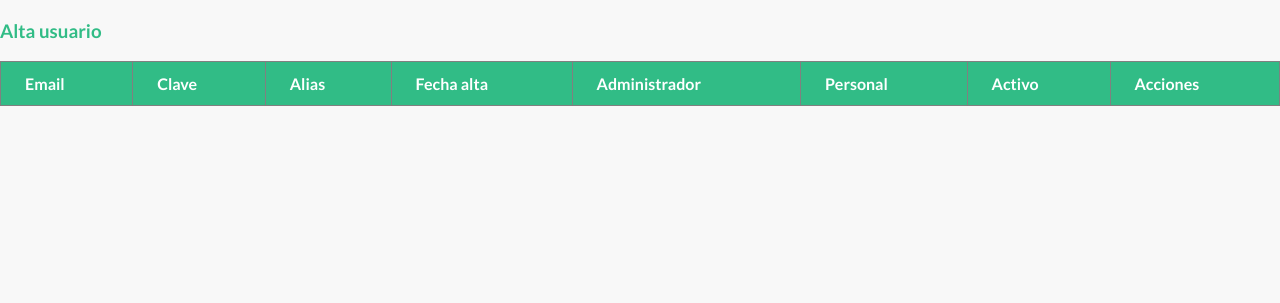
Repository: Mariangeles94/practica_gestion_usuarios
Page: http://localhost/Gestion/administrador/index.php
The author's editor kept a record of every edit. The page is drawn from the files as they stood at one moment, then again after the next edit.
The browser window is 1280 px wide. The pictures show the whole page.
The page is run by PHP 8.4 with error messages shown; the project is at /var/www/html/. Queries for data that is not in the repository find no rows.

Above is the page before.

### administrador/index.php
<?php
require '../clases/AutoCarga.php';
$bd = new DataBase();
$gestor = new ManageUser($bd);
$usuarios = $gestor->getList2();

?>
<!DOCTYPE html>
<html>
    <head>
        <meta charset="UTF-8">
        <title></title>
        <link rel="stylesheet" type="text/css" href="../css/normalize.css" />
		<link rel="stylesheet" type="text/css" href="../css/demo.css" />
		<link rel="stylesheet" type="text/css" href="../css/component.css" />
    </head>
    <body>
        <h2></h2>
        <h3><a class="enlaceInsertar" href="viewinsert.php">Alta usuario</a></h3>
        <table border="1">
            <thead>
                <tr>
                    <th>Email</th>
                    <th>Clave</th>
                    <th>Alias</th>
                    <th>Fecha alta</th>
                    <th>Administrador</th>
                    <th>Personal</th>
                    <th>Activo</th>
                    <th colspan="2">Acciones</th>
                </tr>
            </thead>
            <tbody>
                <?php foreach ($usuarios as $key => $usuario) { ?>
                    <tr>
                        <td><?= $usuario->getEmail(); ?></td>
                        <td><?= $usuario->getClave(); ?></td>
                        <td><?= $usuario->getAlias() ?></td>
                        <td><?= $usuario->getFechaAlta(); ?></td>
                        <td><?= $usuario->getAdministrador() ?></td>
                        <td><?= $usuario->getPersonal() ?></td>
                        <td><?= $usuario->getActivo() ?></td>
                        <td>
                            <a class='borrar' href='phpdelete.php?email=<?= $usuario->getEmail() ?>'> Borrar</a>
                            <a href='viewedit.php?email=<?= $usuario->getEmail() ?>'> Editar</a>
                        </td>
                    </tr>
                <?php } ?>
            </tbody>
        </table>
    </body>
    <script src="../js/scripts.js"></script>
</html>
<?php
$bd->close();

### clases/AutoCarga.php
<?php

class AutoCarga {
    static function cargar($clase){
        $clase = str_replace("\\", "/", $clase);
        $archivo = "../clases/" .$clase . ".php";
         if (file_exists($archivo)) {
              require $archivo;
         }else{
             $archivo = "clases/" .$clase . ".php";
             require $archivo;
         }
   }
}
spl_autoload_register('AutoCarga::cargar'); // Tiene que estar fuera de la clase

### clases/DataBase.php
<?php

class DataBase {

    private $conexion, $consulta;

    function __construct() {
        try {
            $this->conexion = new PDO(
                    'mysql:host=' . Constant::SERVER . ';' .
                    'dbname=' . Constant::DATABASE, Constant::DBUSER, Constant::DBPASSWORD, array(
                PDO::ATTR_PERSISTENT => true,
                PDO::MYSQL_ATTR_INIT_COMMAND => 'set names utf8')
            );
        } catch (PDOException $e) {
            var_dump($e);
            exit();
            //Esta parte hay que completarla
        }
    }

    function close() {
        $this->conexion = null;
    }

    function getCount() {
        return $this->consulta->rowCount();
    }

    function getId() {
        return $this->conexion->lastInsertId();
    }

    function getErrorConection() {
        return $this->conexion->errorInfo();
    }

    function getError() {
        return $this->consulta->errorInfo();
    }

    function send($sql, $parametros = array()) {
        $this->consulta = $this->conexion->prepare($sql);
        foreach ($parametros as $nombreParametro => $valorParametro) {
            $this->consulta->bindValue($nombreParametro, $valorParametro);
        }
      //var_dump($parametros);
      //echo "sql:" .$sql;
        return $this->consulta->execute();
    }

    function getRow() {
        $r = $this->consulta->fetch();
        if ($r === null) {
            $this->consulta->closeCursor();
        }
        return $r;
    }
    function count($tabla, $condicion="1 = 1", $parametros = array()){
        $sql="select count(*) from $tabla where $condicion";
        $this->send($sql, $parametros);
        $fila = $this->getRow();
        return $fila[0];
    }

    function erase($tabla, $condicion, $parametros = array()) {
        //delete from TABLA where CONDICION
        $sql = "delete from $tabla where $condicion";
        if ($this->send($sql, $parametros)) {
            return $this->getCount();
        }
        return false;
    }

     function delete($tabla, $parametros = array()) {
        //delete from TABLA where CONDICION
        $camposWhere = "";
        foreach ($parametros as $nombreParametro => $valorParametro) {
            $camposWhere .= $nombreParametro . " = :" . $nombreParametro . " and ";
        }
        //$camposWhere .= "1=1";
        $camposWhere = substr($camposWhere, 0, -4);
        $sql = "delete from $tabla where $camposWhere";
        if ($this->send($sql, $parametros)) {
            return $this->getCount();
        }
        return false;
    }

    function insert($tabla, $parametros = array(), $auto = true) {
        //insert into TABLA values (VALORES);
        //insert into TABLA (CAMPOS) values (VALORES);
        //insert into TABLA (c1, c2) values (:c1, :c2);
        //si la tabla tiene un campo autonumerico devuelvo el id
        //si no devuelvo el numero de filas insertadas(1)
        //si error devuelvo false
        $campos = "";
        $valores = "";
        foreach ($parametros as $nombreParametro => $valorParametro) {
            $campos .= $nombreParametro . ",";
            $valores .= ":" . $nombreParametro . ",";
        }
        $campos = substr($campos, 0, -1);
        $valores = substr($valores, 0, -1);
        $sql = "insert into $tabla ($campos) values ($valores)";
        if ($this->send($sql, $parametros)) {
            if ($auto) {
                return $this->getId();
            }
            return $this->getCount();
        }
        return false;
    }

    function update($tabla, $parametrosSet = array(), $parametrosWhere = array()) {
        //update TABLA set VALORES where CONDICION
        //update TABLA set c1=:c1, c2=:c2 where c1=:_c1 and c3=:_c3
        $camposSet = "";
        $camposWhere = "";
        $parametros = array();
        foreach ($parametrosSet as $nombreParametro => $valorParametro) {
            $camposSet .= $nombreParametro . " = :" . $nombreParametro . ",";
            $parametros[$nombreParametro] = $valorParametro;
        }
        $camposSet = substr($camposSet, 0, -1);

        foreach ($parametrosWhere as $nombreParametro => $valorParametro) {
            $camposWhere .= $nombreParametro . " = :_" . $nombreParametro . " and ";
            $parametros["_" . $nombreParametro] = $valorParametro;
        }
        //$camposWhere .= "1=1";
        $camposWhere = substr($camposWhere, 0, -4);
        $sql = "update $tabla set $camposSet where $camposWhere";
        if ($this->send($sql, $parametros)) {
            return $this->getCount();
        }
        return -1;
    }

    function query($tabla, $proyeccion = "*", $parametros = array(), $orden = "1", $limite = "") {
        //select CAMPOS from TABLA where CONDICION order by ORDEN LIMIT
        //select c1,c2 from TABLA where c3=:c3 and c4 = :c4 order by c2 desc,c1 limit 8,15
        $campos = "";
        foreach ($parametros as $nombreParametro => $valorParametro) {
            $campos .= $nombreParametro . " = :" . $nombreParametro . " and ";
        }
        $campos .= "1=1";
        //$campos = substr($campos, 0, -4);
        $limit = "";
        if($limite!==""){
            $limit = "limit $limite";
        }
        $sql = "select $proyeccion from $tabla where $campos order by $orden $limit";
        return $this->send($sql, $parametros);
    }

    function select($tabla, $proyeccion = "*", $condicion = "1 = 1",
        $parametros = array(), $orden="1", $limite=""){
        $limit = "";
        if($limite!==""){
            $limit = "limit $limite";
        }
        $sql = "select $proyeccion from $tabla "
                . "where $condicion order by $orden $limit";
        return $this->send($sql, $parametros);
    }

}

### clases/Constant.php
<?php

class Constant {
    const DATABASE = "gestion";
    const SERVER = "localhost";
    const DBUSER = "mariangeles94";
    const DBPASSWORD = "";
    const NRPP = 10;
    const SEMILLA="45856";
}

### clases/ManageUser.php
<?php

class ManageUser {
    private $bd = null;
    private $tabla = "usuario";

    function __construct(DataBase $bd) {
        $this->bd = $bd;
    }

    function get($email) {
        //devuelve un objeto de la clase
        $parametros = array();
        $parametros['email'] = $email;
        $this->bd->select($this->tabla, "*", "email=:email", $parametros);
        $fila = $this->bd->getRow();
        $user = new User();
        $user->set($fila);
        return $user;
    }

    function count($condicion = "1 = 1", $parametros = array()) {
        return $this->bd->count($this->tabla, $condicion, $parametros);
    }

    function delete($email) {
        $parametros = array();
        $parametros['email'] = $email;
        return $this->bd->delete($this->tabla, $parametros);
    }

    function deleteCities($parametros) {
        return $this->bd->delete($this->tabla, $parametros);
    }

    function erase(User $user) {
        return $this->delete($user->getEmail());
    }

   function set(User $user, $pkemail){
        //Update de todos los campos menos el id, el id se usara como el where para el update numero de filas modificadas
        $parametros =$user->getArray();
        $parametrosWhere = array();
        $parametrosWhere["email"]=$pkemail;
        return $this->bd->update($this->tabla, $parametros, $parametrosWhere);
    }
   function setActivo($email,$activo){
        //Update de todos los campos menos el id, el id se usara como el where para el update numero de filas modificadas
        $parametrosSet = array();
        $parametrosSet['activo'] = $activo;

        $parametrosWhere = array();
        $parametrosWhere["email"]=$email;
        return $this->bd->update($this->tabla, $parametrosSet, $parametrosWhere);
    }
     function setClave($email,$clave){
        //Update de todos los campos menos el id, el id se usara como el where para el update numero de filas modificadas
        $parametrosSet = array();
        $parametrosSet['clave'] = $clave;

        $parametrosWhere = array();
        $parametrosWhere["email"]=$email;
        return $this->bd->update($this->tabla, $parametrosSet, $parametrosWhere);
    }

    function insert(User $user) {
        $parametrosSet = array();
        $parametrosSet['email'] = $user->getEmail();
        $parametrosSet['clave'] = $user->getClave();
        $parametrosSet['alias'] = $user->getAlias();
        $parametrosSet['fechaAlta'] = $user->getFechaAlta();
        $parametrosSet['activo'] = $user->getActivo();
        $parametrosSet['administrador'] = $user->getAdministrador();
        $parametrosSet['personal'] = $user->getPersonal();
        return $this->bd->insert($this->tabla, $parametrosSet);
    }

    function getList($pagina = 1, $order = "", $nrpp = Constant::NRPP, $condicion = "1=1", $parametros = array()) {

        $resgistroInicial = ($pagina - 1) * $nrpp;
        $this->bd->select($this->tabla, "*", $condicion, $parametros, $ordenPredeterminado, "$resgistroInicial, $nrpp"); /* limite va desde 1 y saca 10 registros */
        $r = array();
        while ($fila = $this->bd->getRow()) {
            $user = new User();
            $user->set($fila);
            $r[] = $user;
        }
        return $r;
    }
     function getList2($pagina = 1, $nrpp = Constant::NRPP) {
        $resgistroInicial = ($pagina - 1) * $nrpp;
        $this->bd->select($this->tabla, "*", "1=1", array(), "email", "$resgistroInicial, $nrpp"); /* limite va desde 1 y saca 10 registros */
        $r = array();
        while ($fila = $this->bd->getRow()) {
            $user = new User();
            $user->set($fila);
            $r[] = $user;
        }
        return $r;
    }

    function getValuesSelectTodos() {
        $this->bd->query($this->tabla, "*", array());
        $array = array();
        while ($fila = $this->bd->getRow()) {
            $user = new User();
            $user->set($fila);
            $array = $user;
           // $array[$fila[0]] = $fila[1];
        }
        return $array;
    }
    function getValuesSelectUsario() {
        $this->bd->query($this->tabla, "email, clave, alias", array(), "email");
        $array = array();
        while ($fila = $this->bd->getRow()) {
            $array[$fila[0]] = $fila[1];
        }
        return $array;
    }
    function getValuesSelectPersonal() {
        $this->bd->query($this->tabla, "clave, alias, fechaAlta", array(), "fechaAlta");
        $array = array();
        while ($fila = $this->bd->getRow()) {
            $array[$fila[0]] = $fila[1];
        }
        return $array;
    }
}

### css/demo.css
@import url(http://fonts.googleapis.com/css?family=Lato:300,400,700);
@font-face {
	font-family: 'codropsicons';
	src:url('../fonts/codropsicons/codropsicons.eot');
	src:url('../fonts/codropsicons/codropsicons.eot?#iefix') format('embedded-opentype'),
		url('../fonts/codropsicons/codropsicons.woff') format('woff'),
		url('../fonts/codropsicons/codropsicons.ttf') format('truetype'),
		url('../fonts/codropsicons/codropsicons.svg#codropsicons') format('svg');
	font-weight: normal;
	font-style: normal;
}

*, *:after, *:before { -webkit-box-sizing: border-box; -moz-box-sizing: border-box; box-sizing: border-box; }
header nav{
    width: 100%;
    background-color: black;
    height: 50px;
    margin-bottom:10%;
    text-align: center;
    padding-top: 2%;
}
header nav a{
    text-decoration: none;
    color: white;
    width: 10%;
    padding: 10%;
    margin-top: 5%;
    font-size: 1.25em;
}
body {
	font-family: 'Lato', Arial, sans-serif;
	color: #7c8d87;
	background: #f8f8f8;
}

a {
	color: #31bc86;
	text-decoration: none;
}

a:hover, a:focus {
	color: #7c8d87;
}

.container > header {
	margin: 0 auto;
	padding: 2em;
	text-align: center;
	background: rgba(0,0,0,0.01);
}

.container > header h1 {
	font-size: 2.625em;
	line-height: 1.3;
	margin: 0;
	font-weight: 300;
}

.container > header span {
	display: block;
	font-size: 60%;
	opacity: 0.7;
	padding: 0 0 0.6em 0.1em;
}

/* To Navigation Style */
.codrops-top {
	background: #fff;
	background: rgba(255, 255, 255, 0.6);
	text-transform: uppercase;
	width: 100%;
	font-size: 0.69em;
	line-height: 2.2;
}

.codrops-top a {
	text-decoration: none;
	padding: 0 1em;
	letter-spacing: 0.1em;
	display: inline-block;
}

.codrops-top a:hover {
	background: rgba(255,255,255,0.95);
}

.codrops-top span.right {
	float: right;
}

.codrops-top span.right a {
	float: left;
	display: block;
}

.codrops-icon:before {
	font-family: 'codropsicons';
	margin: 0 4px;
	speak: none;
	font-style: normal;
	font-weight: normal;
	font-variant: normal;
	text-transform: none;
	line-height: 1;
	-webkit-font-smoothing: antialiased;
}

.codrops-icon-drop:before {
	content: "\e001";
}

.codrops-icon-prev:before {
	content: "\e004";
}

/* Demo Buttons Style */
.codrops-demos {
	padding-top: 1em;
	font-size: 0.8em;
}

.codrops-demos a {
	display: inline-block;
	margin: 0.5em;
	padding: 0.7em 1.1em;
	outline: none;
	border: 2px solid #31bc86;
	text-decoration: none;
	text-transform: uppercase;
	letter-spacing: 1px;
	font-weight: 700;
}

.codrops-demos a:hover,
.codrops-demos a.current-demo,
.codrops-demos a.current-demo:hover {
	border-color: #7c8d87;
	color: #7c8d87;
}

.related {
	text-align: center;
	font-size: 1.5em;
	padding-bottom: 3em;
}

@media screen and (max-width: 25em) {

	.codrops-icon span {
		display: none;
	}

}

### css/component.css
/* Component styles */
@font-face {
	font-family: 'Blokk';
	src: url('../fonts/blokk/BLOKKRegular.eot');
	src: url('../fonts/blokk/BLOKKRegular.eot?#iefix') format('embedded-opentype'),
		 url('../fonts/blokk/BLOKKRegular.woff') format('woff'),
		 url('../fonts/blokk/BLOKKRegular.svg#BLOKKRegular') format('svg');
	font-weight: normal;
	font-style: normal;
}
.component {
	line-height: 1.5em;
	margin: 0 auto;
	padding: 2em 0 3em;
	width: 90%;
	max-width: 1000px;
	overflow: hidden;
}
.component .filler {
	font-family: "Blokk", Arial, sans-serif;
	color: #d3d3d3;
}
table {
    border-collapse: collapse;
    margin-bottom: 3em;
    width: 100%;
    background: #fff;
}
td, th {
    padding: 0.75em 1.5em;
    text-align: left;
}
	td.err {
		background-color: #e992b9;
		color: #fff;
		font-size: 0.75em;
		text-align: center;
		line-height: 1;
	}
th {
    background-color: #31bc86;
    font-weight: bold;
    color: #fff;
    white-space: nowrap;
}
tbody th {
	background-color: #2ea879;
}
tbody tr:nth-child(2n-1) {
    background-color: #f5f5f5;
    transition: all .125s ease-in-out;
}
tbody tr:hover {
    background-color: rgba(129,208,177,.3);
}

/* For appearance */
.sticky-wrap {
	overflow-x: auto;
	overflow-y: hidden;
	position: relative;
	margin: 3em 0;
	width: 100%;
}
.sticky-wrap .sticky-thead,
.sticky-wrap .sticky-col,
.sticky-wrap .sticky-intersect {
	opacity: 0;
	position: absolute;
	top: 0;
	left: 0;
	transition: all .125s ease-in-out;
	z-index: 50;
	width: auto; /* Prevent table from stretching to full size */
}
	.sticky-wrap .sticky-thead {
		box-shadow: 0 0.25em 0.1em -0.1em rgba(0,0,0,.125);
		z-index: 100;
		width: 100%; /* Force stretch */
	}
	.sticky-wrap .sticky-intersect {
		opacity: 1;
		z-index: 150;

	}
		.sticky-wrap .sticky-intersect th {
			background-color: #666;
			color: #eee;
		}
.sticky-wrap td,
.sticky-wrap th {
	box-sizing: border-box;
}

/* Not needed for sticky header/column functionality */
td.user-name {
	text-transform: capitalize;
}
.sticky-wrap.overflow-y {
	overflow-y: auto;
	max-height: 50vh;
}

### js/scripts.js
/*global document*/
"use strict";
(function() {
    var elementos = document.getElementsByClassName("borrar");
    for (var i = 0; i < elementos.length; i++) {
        var elemento = elementos[i];
        elemento.addEventListener("click", function(event) {
            if (!confirm("¿Borrar?")) {
                event.preventDefault();
            }
        }, false);
    }
}());

Loaded but not shown: css/normalize.css (common file)

After the next edit:
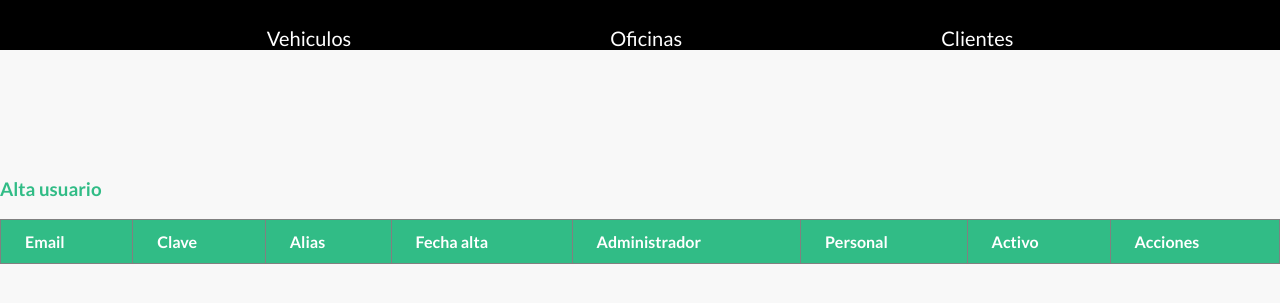
The edit:
--- a/administrador/index.php
+++ b/administrador/index.php
@@ -15,7 +15,13 @@
 		<link rel="stylesheet" type="text/css" href="../css/component.css" />
     </head>
     <body>
-        <h2></h2>
+      <header>
+            <nav>
+                <a href="../vehiculos/index.php">Vehiculos</a>
+                <a href="../oficina/index.php">Oficinas</a>
+                <a href="../cliente/index.php">Clientes</a>
+            </nav>
+        </header>
         <h3><a class="enlaceInsertar" href="viewinsert.php">Alta usuario</a></h3>
         <table border="1">
             <thead>
